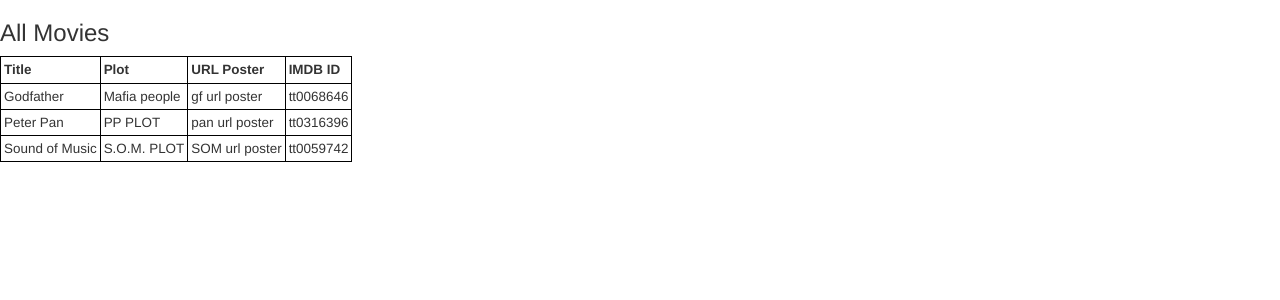
Repository: gitsana/JoseAnnunziato
Page: MyRestfulService/WebContent/movies.html
The author's editor kept a copy of each file at every save. The page is drawn from the files as they stood at one save, then again after the next save.
The browser window is 1280 px wide. The pictures show the whole page.
The page's requests for data from a server got no answer.

Above is the page before, as saved 2015-10-02 03:08:27.

### MyRestfulService/WebContent/movies.html
<!DOCTYPE html>
<html>
<head>
<meta charset="UTF-8">
<title>All Movies</title>
<link rel="stylesheet" href="https://maxcdn.bootstrapcdn.com/bootstrap/3.3.5/css/bootstrap.min.css">
</head>
<style>
	table,th,td {
		border: 1px solid black;
	    border-collapse: collapse;
		font-size: .98em;
		padding: 3px;
	}
</style>
<body>
<script src="jquery/jquery-1.11.3.js"></script>

<h3>All Movies</h3>
<table id="movietable">
	<tr>
		<th>Title</th>
		<th>Plot</th>
		<th>URL Poster</th>
		<th>IMDB ID</th>
	</tr>
</table>
<div id="div1"></div>

<script type="text/javascript">
	$(document).ready(function() {
		// hard-coded
		var movie = [{ title: "Godfather", plot: "Mafia people", urlposter: "gf url poster", imdbid: "tt0068646" },
		              { title: "Peter Pan", plot: "PP PLOT", urlposter: "pan url poster", imdbid: "tt0316396" },
		              { title: "Sound of Music", plot: "S.O.M. PLOT", urlposter: "SOM url poster", imdbid: "tt0059742" } ];

		// request from API
		$.ajax({
				url: "/MyRestfulService/rest/movie",
				type: "get", // by default it's get unless specified
				contentType: "application/json",
				dataType: "json",
				data: JSON.stringify(movie),
				success: function(data) {
					console.log("*** Jquery success ***" );
					//$("#div1").append(data[0].title); // test
					var i = 0;
					$.each(data, function(i){
						$("#movietable").last().append("<tr><td>" + data[i].title + "</td><td>" + data[i].plot +
								"</td><td>" + data[i].urlPoster + "</td><td>" + data[i].imdbId + "</td></tr>");
						i += 1;
					});

				},
				error: function(jqXHR, textStatus, errorThrown) {
					console.log("*** ERROR: jqXHR = " + jqXHR + ", textStatus = " + textStatus
							+ ", errorThrown = " + errorThrown)
				}
			}); // end of ajax request for all movies

		$.each(movie, function(key, value){
			$("#movietable").last().append("<tr><td>" + value.title + "</td><td>" + value.plot +
					"</td><td>" + value.urlposter + "</td><td>" + value.imdbid + "</td></tr>");
		}); // end for .each movie

	}); // end document.ready
</script>

</body>
</html>

Loaded but not shown: MyRestfulService/WebContent/jquery/jquery-1.11.3.js (library); MyRestfulService/WebContent/javascript/allMovies.js (common file)

After the next save:
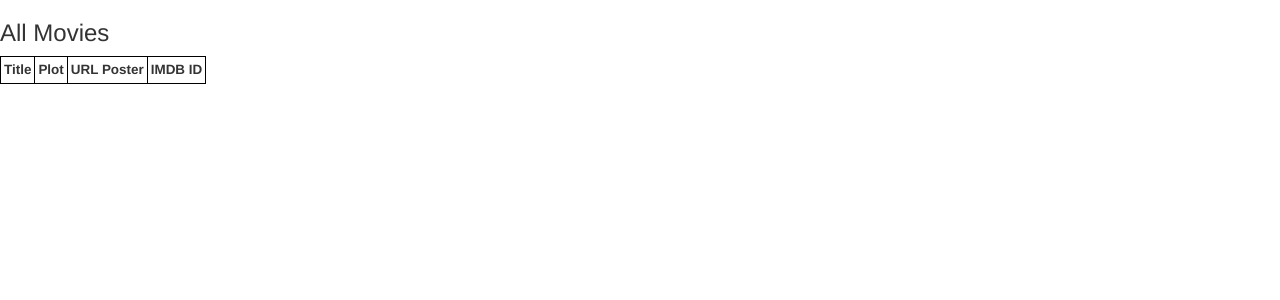
Saved 2 min 4 s later.
--- a/MyRestfulService/WebContent/movies.html
+++ b/MyRestfulService/WebContent/movies.html
@@ -14,7 +14,7 @@
 	}
 </style>
 <body>
-<script src="jquery/jquery-1.11.3.js"></script>
+
 
 <h3>All Movies</h3>
 <table id="movietable">
@@ -27,44 +27,8 @@
 </table>
 <div id="div1"></div>
 
-<script type="text/javascript">
-	$(document).ready(function() {
-		// hard-coded
-		var movie = [{ title: "Godfather", plot: "Mafia people", urlposter: "gf url poster", imdbid: "tt0068646" },
-		              { title: "Peter Pan", plot: "PP PLOT", urlposter: "pan url poster", imdbid: "tt0316396" },
-		              { title: "Sound of Music", plot: "S.O.M. PLOT", urlposter: "SOM url poster", imdbid: "tt0059742" } ];
-
-		// request from API
-		$.ajax({
-				url: "/MyRestfulService/rest/movie",
-				type: "get", // by default it's get unless specified
-				contentType: "application/json",
-				dataType: "json",
-				data: JSON.stringify(movie),
-				success: function(data) {
-					console.log("*** Jquery success ***" );
-					//$("#div1").append(data[0].title); // test
-					var i = 0;
-					$.each(data, function(i){
-						$("#movietable").last().append("<tr><td>" + data[i].title + "</td><td>" + data[i].plot +
-								"</td><td>" + data[i].urlPoster + "</td><td>" + data[i].imdbId + "</td></tr>");
-						i += 1;
-					});
-
-				},
-				error: function(jqXHR, textStatus, errorThrown) {
-					console.log("*** ERROR: jqXHR = " + jqXHR + ", textStatus = " + textStatus
-							+ ", errorThrown = " + errorThrown)
-				}
-			}); // end of ajax request for all movies
-
-		$.each(movie, function(key, value){
-			$("#movietable").last().append("<tr><td>" + value.title + "</td><td>" + value.plot +
-					"</td><td>" + value.urlposter + "</td><td>" + value.imdbid + "</td></tr>");
-		}); // end for .each movie
-
-	}); // end document.ready
-</script>
+<script src="jquery/jquery-1.11.3.js"></script>
+<script src="javascript/allMovies.js"></script>
 
 </body>
 </html>
